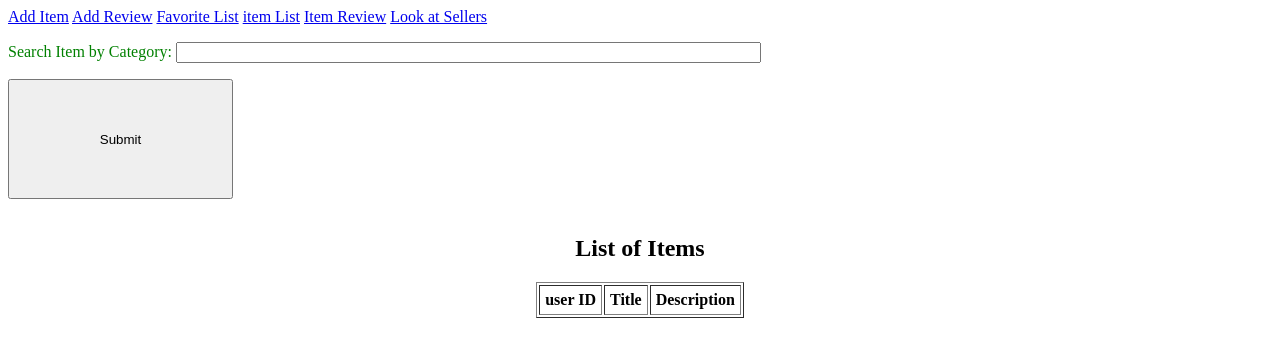
Repository: HamdanM/DatabaseProject
Page: http://localhost/DB3/search.jsp
An editor plug-in stored every save of this project. The page is shown before and after the next save, followed by the edit.
The browser window is 1280 px wide. The pictures show the whole page.
The page is served by Tomcat 9. Other server files are loaded and not shown. The template is opened directly, without the code that normally fills it, so the values that code supplies are empty.

Above is the page before, as saved 2019-07-25 00:10:52.

### DB3/WebContent/search.jsp
<%@ page language="java" contentType="text/html; charset=ISO-8859-1"
    pageEncoding="ISO-8859-1"%>
  <%@ taglib prefix="c" uri="http://java.sun.com/jsp/jstl/core" %>
<!DOCTYPE html PUBLIC "-//W3C//DTD HTML 4.01 Transitional//EN" "http://www.w3.org/TR/html4/loose.dtd">
<html>
<head>
<meta charset="UTF-8">
<title>Insert title here</title>
</head>
<body>
<a href="addItem.jsp">Add Item</a>
<a href="addReview.jsp">Add Review</a>
<a href="favlist">Favorite List</a>
<a href="list">item List</a>
<a href="itemReview">Item Review</a>
<a href="sellers">Look at Sellers</a>

 <form action="search" method="post">
        <input type="hidden" name="action"" >
        <p style="color:green"><label>Search Item by Category: <input
                    type="text" name="Category"
                    size="70" maxlength="70" />
            </label></p>
        <p style="color:orange"><input style="height:120px;width:225px" type=
        "submit" name="submit" value=
        "Submit" /></p>
 </form>

<div align="center">
        <table border="1" cellpadding="5">
            <caption><h2>List of Items</h2></caption>
            <tr>
                <th>user ID</th>
                <th>Title</th>
                <th>Description</th>

            </tr>
            <c:forEach var="it" items="${itemsList}">
                <tr>
                    <td><c:out value="${it.getItemid()}" /></td>
                    <td><c:out value="${it.getTitle()}" /></td>
                    <td><c:out value="${it.getDescription()}" /></td>

                </tr>
            </c:forEach>
        </table>
    </div>

</body>
</html>

After the next save:
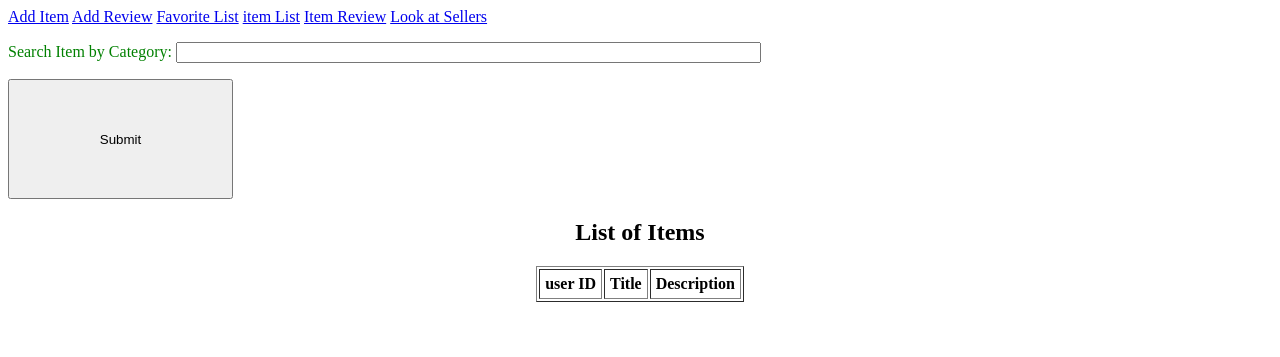
Saved 11 s later.
--- a/DB3/WebContent/search.jsp
+++ b/DB3/WebContent/search.jsp
@@ -21,9 +21,9 @@
                     type="text" name="Category"
                     size="70" maxlength="70" />
             </label></p>
-        <p style="color:orange"><input style="height:120px;width:225px" type=
+        <input style="height:120px;width:225px" type=
         "submit" name="submit" value=
-        "Submit" /></p>
+        "Submit" />
  </form>
 
 <div align="center">
